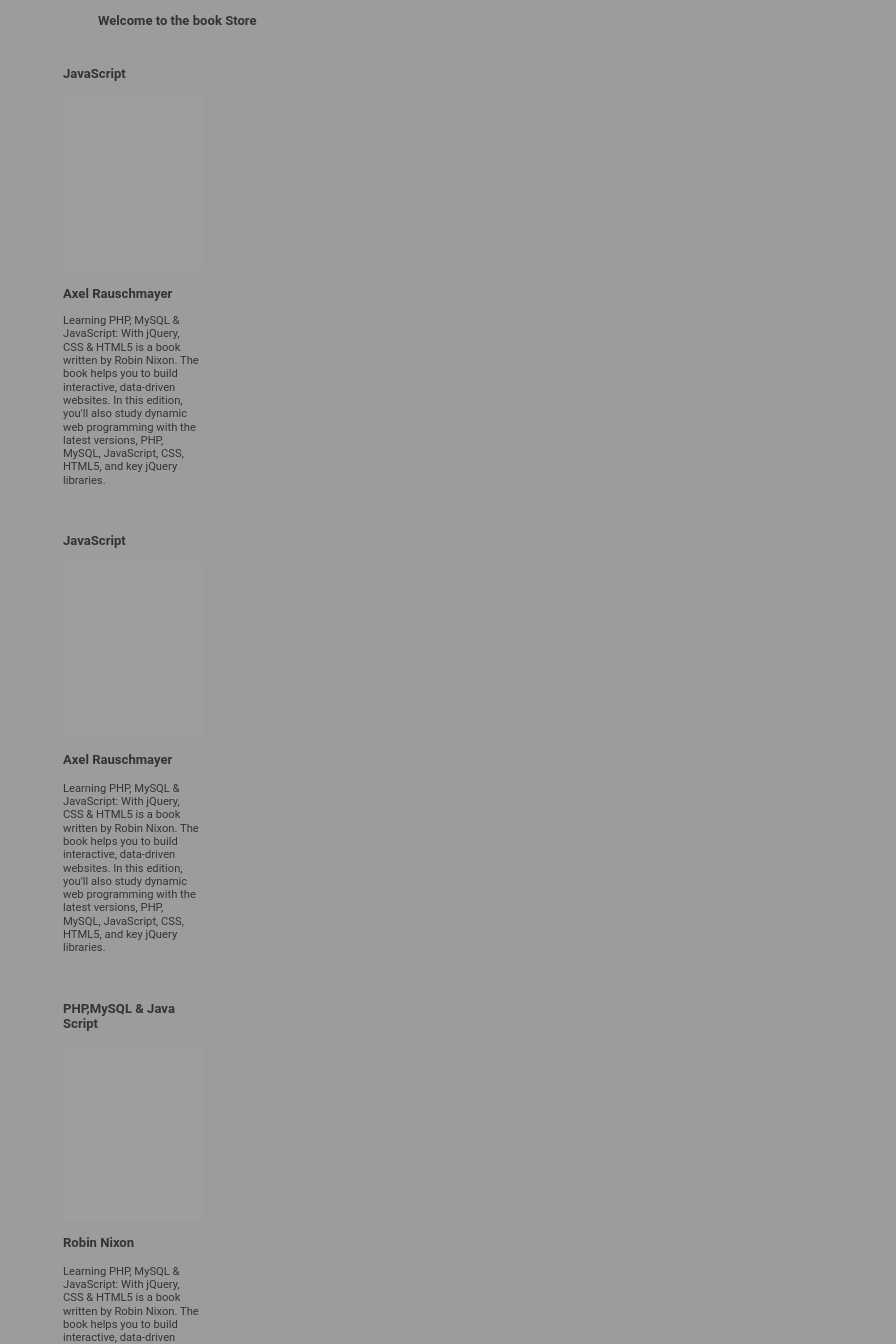
Repository: Axe33ile/React_JS
Page: / (app in book/)
These files come from the project's save history. The page is drawn as it stood at one moment and after a run of saves; the edit follows.
The browser window is 1280 px wide. The pictures show the part of the page from y = 0 to 1920 px (the page is 2713 px tall before and 2441 px after), at 70% of full size.
Pictures or frames that could not be fetched are drawn as grey boxes. The project was rebuilt for these pictures with package versions that can differ from the ones it lists, and the page was loaded fresh each time.

Above is the page before, as saved 2021-04-24 00:30:50.

After the next 4 saves:
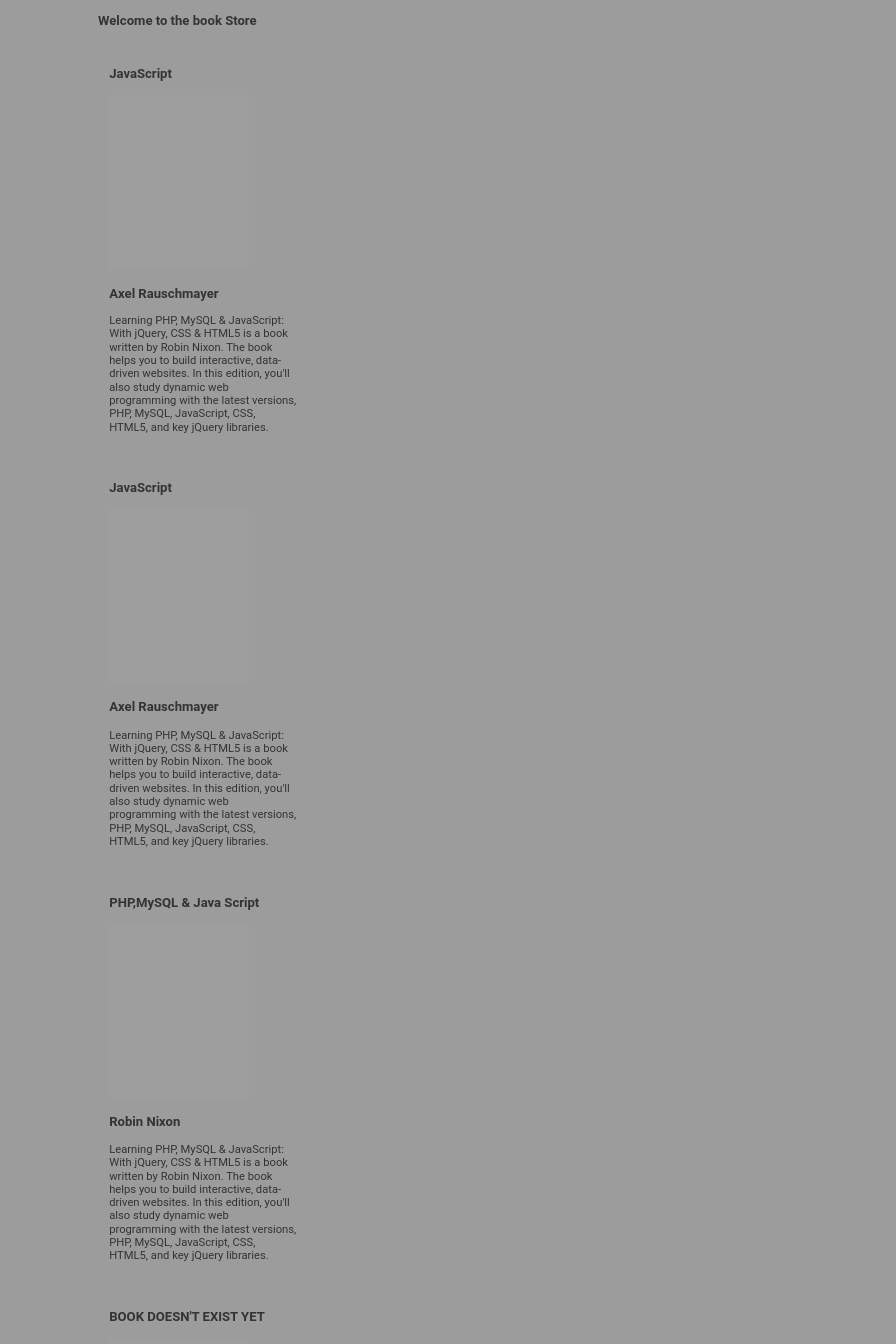
The 4 saves are shown as one change because they came seconds apart.
The last was saved 10 s later.
--- a/book/src/index.css
+++ b/book/src/index.css
@@ -51,7 +51,7 @@ footer {
   flex-wrap: wrap;
   justify-content: center;
   width: 330px;
-  max-width: 100px;
+  max-width: 300px;
 }
 
 .book {
